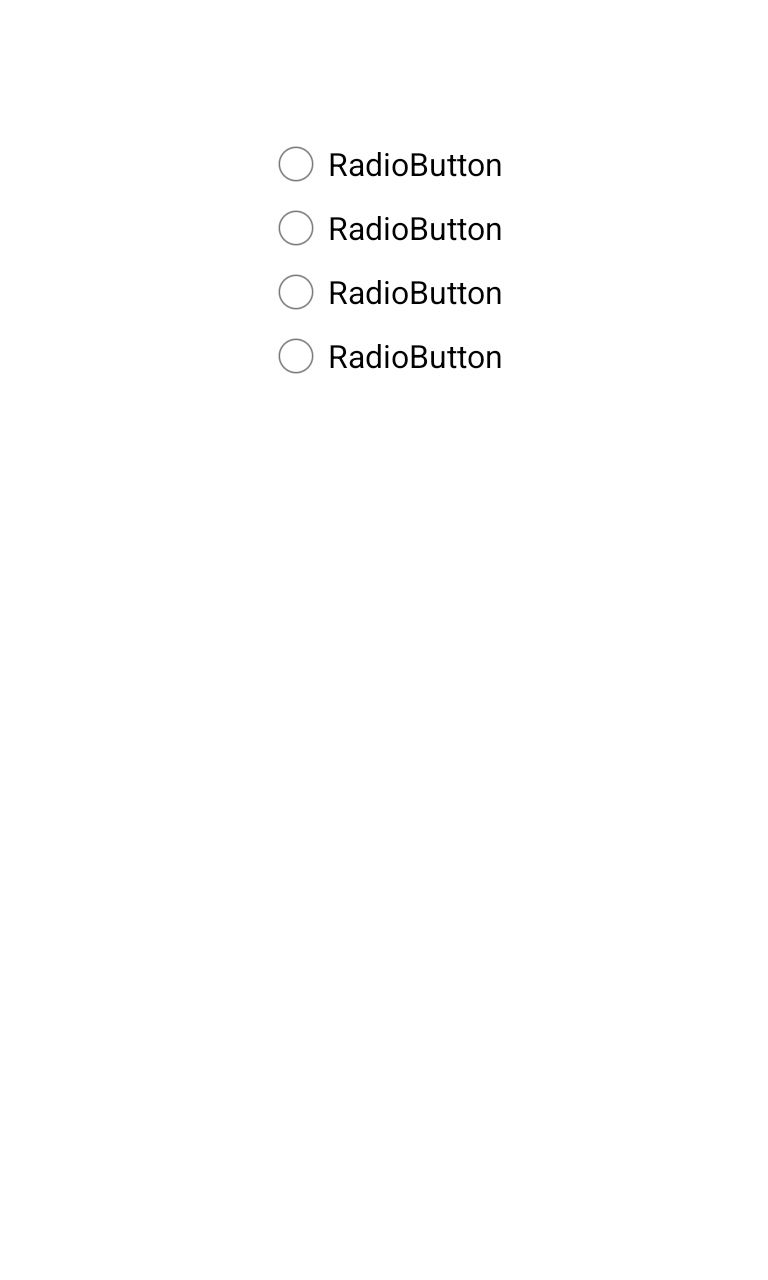
Repository: derspatero/workspace
Layout: EdwardLambke/res/layout/question.xml
These files come from the project's save history. The layout is drawn as it stood at one moment and after the next save; the edit follows.
It is drawn on a 768 x 1280 px phone screen (xhdpi) without system bars, with theme AppTheme; the app's code is not run.

Above is the layout before, as saved 2014-10-27 05:20:01.

### EdwardLambke/res/layout/question.xml
<?xml version="1.0" encoding="utf-8"?>
<RelativeLayout xmlns:android="http://schemas.android.com/apk/res/android"
    android:layout_width="match_parent"
    android:layout_height="match_parent" >

    <RadioButton
        android:id="@+id/radioButton1"
        android:layout_width="wrap_content"
        android:layout_height="wrap_content"
        android:layout_below="@+id/editText1"
        android:layout_centerHorizontal="true"
        android:layout_marginTop="66dp"
        android:text="RadioButton" />

    <RadioButton
        android:id="@+id/radioButton2"
        android:layout_width="wrap_content"
        android:layout_height="wrap_content"
        android:layout_alignLeft="@+id/radioButton1"
        android:layout_below="@+id/radioButton1"
        android:text="RadioButton" />

    <RadioButton
        android:id="@+id/radioButton3"
        android:layout_width="wrap_content"
        android:layout_height="wrap_content"
        android:layout_alignLeft="@+id/radioButton2"
        android:layout_below="@+id/radioButton2"
        android:text="RadioButton" />

    <RadioButton
        android:id="@+id/radioButton4"
        android:layout_width="wrap_content"
        android:layout_height="wrap_content"
        android:layout_alignLeft="@+id/radioButton3"
        android:layout_below="@+id/radioButton3"
        android:text="RadioButton" />

    <TextView
        android:id="@+id/TextView1"
        android:layout_width="wrap_content"
        android:layout_height="wrap_content"
        android:layout_alignParentTop="true"
        android:layout_centerHorizontal="true"
        android:layout_marginTop="88dp"
        android:ems="10"/>

</RelativeLayout>

Loaded but not shown: EdwardLambke/res/values/styles.xml (common file); EdwardLambke/res/values-v11/styles.xml (common file); EdwardLambke/res/values-v14/styles.xml (common file)

After the next save:
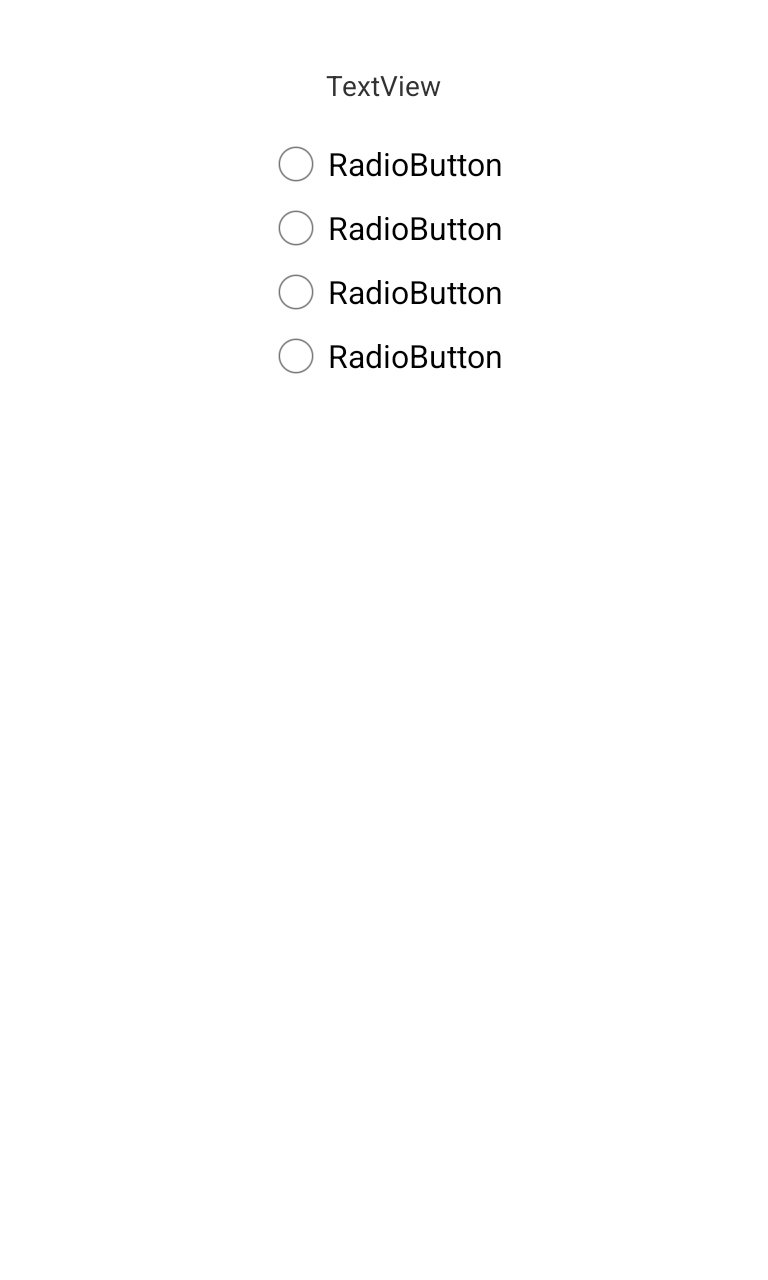
Saved 25 min 40 s later.
--- a/EdwardLambke/res/layout/question.xml
+++ b/EdwardLambke/res/layout/question.xml
@@ -37,12 +37,12 @@
         android:text="RadioButton" />
 
     <TextView
-        android:id="@+id/TextView1"
+        android:id="@+id/textView1"
         android:layout_width="wrap_content"
         android:layout_height="wrap_content"
         android:layout_alignParentTop="true"
         android:layout_centerHorizontal="true"
-        android:layout_marginTop="88dp"
-        android:ems="10"/>
+        android:layout_marginTop="33dp"
+        android:text="TextView" />
 
 </RelativeLayout>
